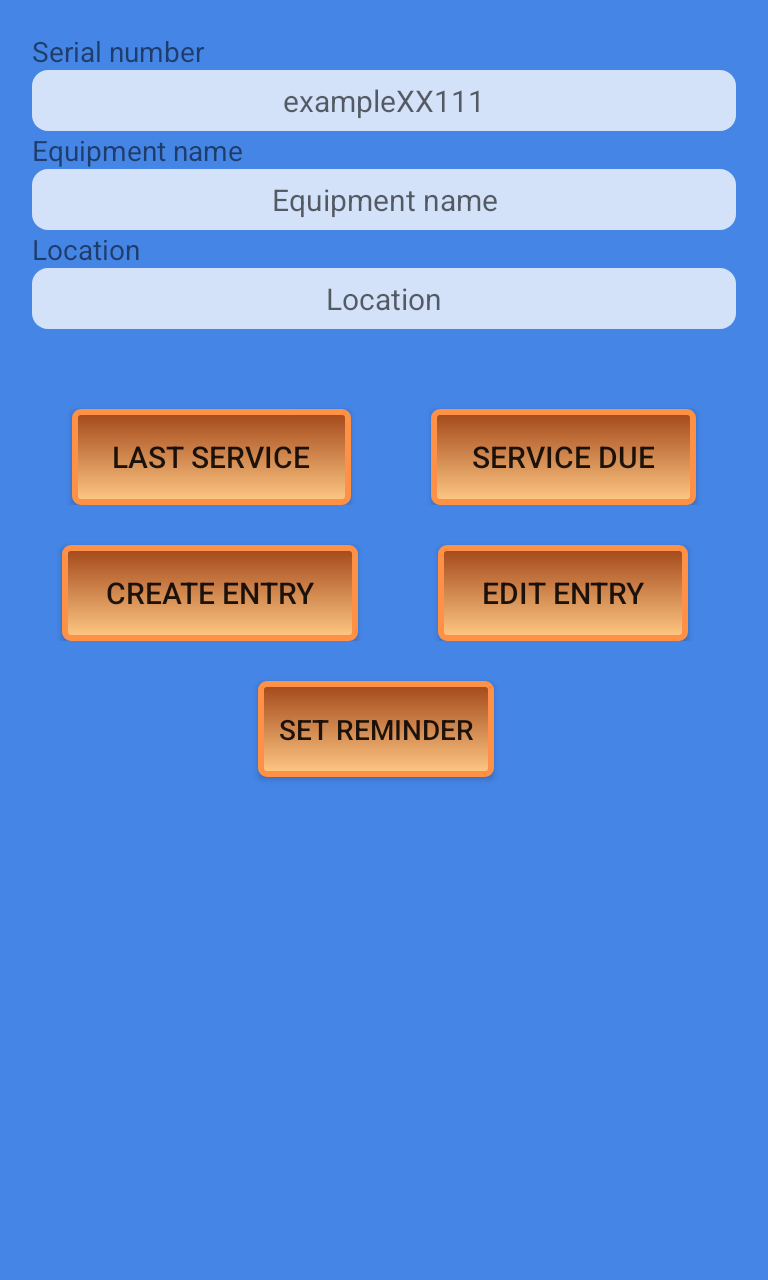
Repository: procmillie/AppKeepV9.12.14
Layout: StupidApp/res/layout/activity_database__home123.xml
An editor plug-in stored every save of this project. The layout is shown before and after the next save, followed by the edit.
It is drawn on a 768 x 1280 px phone screen (xhdpi) without system bars, with theme AppTheme; the app's code is not run. The app's manifest (not shown) leaves right-to-left support off. So textAlignment, textDirection and layoutDirection are ignored, and left and right values win over start and end ones.

Above is the layout before, as saved 2014-11-25 14:20:53.

After the next save:
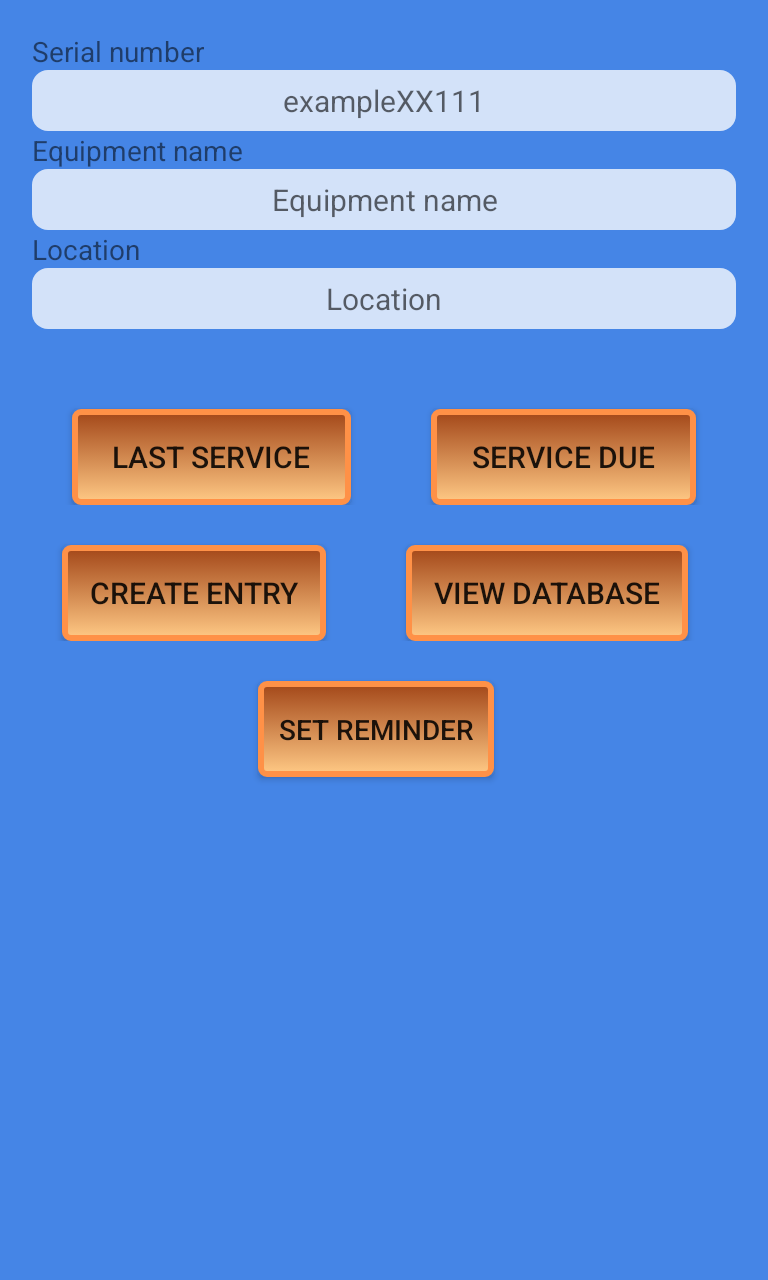
Saved 22 min 13 s later.
--- a/StupidApp/res/layout/activity_database__home123.xml
+++ b/StupidApp/res/layout/activity_database__home123.xml
@@ -145,7 +145,7 @@
         <!-- Button to edit database -->
 
         <Button
-            android:id="@+id/bn_db_edit"
+            android:id="@+id/bn_db_view"
             android:layout_width="wrap_content"
             android:layout_height="wrap_content"
             android:layout_marginRight="24dp"
@@ -157,7 +157,7 @@
             android:background="@drawable/button_style"
             android:paddingLeft="4dp"
             android:paddingRight="4dp"
-            android:text="@string/edit_entry"
+            android:text="@string/view_database"
             android:textSize="15sp" />
 
     </LinearLayout>
--- a/StupidApp/res/values/strings.xml
+++ b/StupidApp/res/values/strings.xml
@@ -25,13 +25,16 @@
     <string name="database_homescreen">Database Homescreen</string>
     <string name="database_view">Database View</string>
 
+    <!--  DatePicker String names -->
+     <string name="set_date">Set Date</string>
+
 
     <!--  Button strings to input and edit database entries. Colors used:
     #FF9147 - pale gold
     #FF8533 - dark gold
     A34719 - brown-->
     <string name="create_entry">Create entry</string>
-    <string name="edit_entry">Edit entry</string>
+    <string name="view_database">View Database</string>
     <color name="bn_color">#FF9147</color>
     <color name="bn_color2">#FFC985</color>
     <color name="bn_color3">#FF0000</color>
